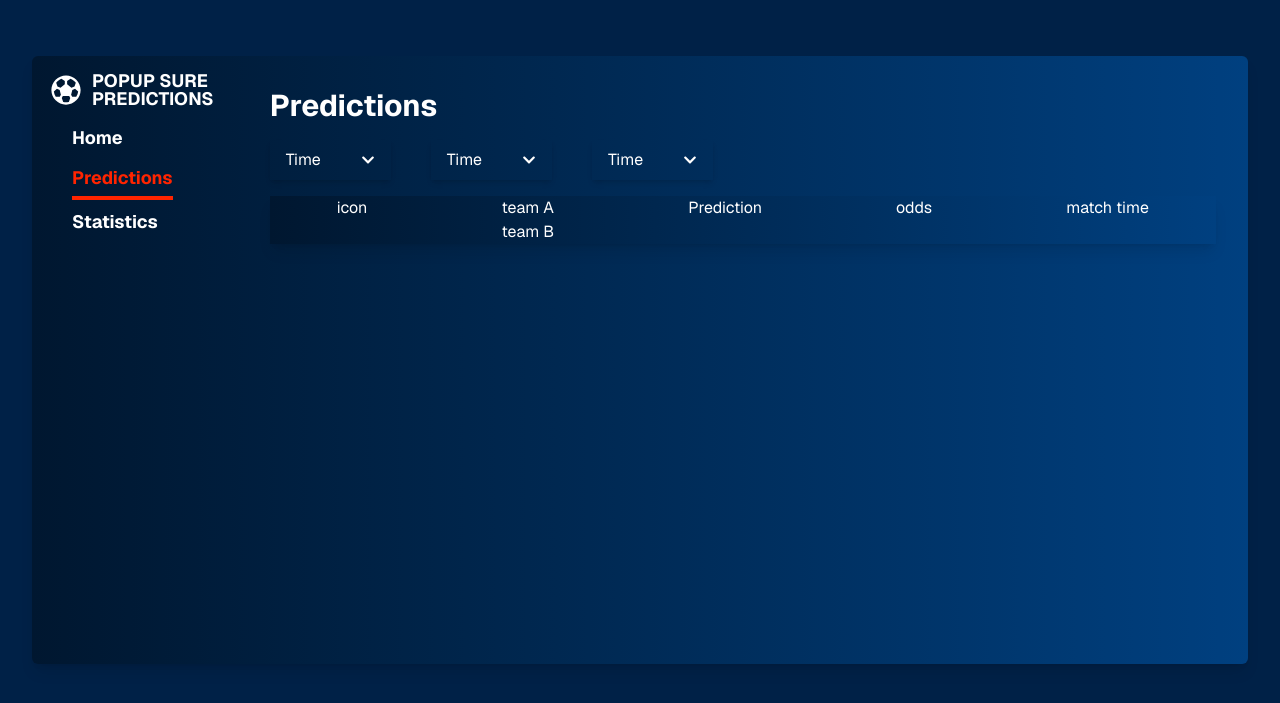
Repository: prototypedave/AlgoFooty
Page: /predictions (app in frontend/algo-footy/)
These files come from the project's save history. The page is drawn as it stood at one moment and after the next save; the edit follows.
The browser window is 1280 px wide. The pictures show the whole page.
The project was rebuilt for these pictures with package versions that can differ from the ones it lists, and the page was loaded fresh each time. The framework's server and built-in components were replaced by stand-ins that run in the browser. Also part of the build but not shown: frontend/algo-footy/next.config.ts.

Above is the page before, as saved 2025-11-03 08:01:27.

### frontend/algo-footy/app/predictions/page.tsx
"use client";

import Link from "next/link";
import { IoMdFootball } from "react-icons/io";
import { usePathname } from "next/navigation";
import DropdownButton from "@/components/dropdown";

export default function Predictions() {
    const pathname = usePathname();
    return (
        <div className="relative flex flex-col min-h-screen items-center justify-center bg-oxford-blue font-sans">
            <nav className="absolute inset-x-0 top-0 bottom-0 bg-gradient-to-r from-[#001730] to-[#004080] text-white max-h-full rounded-md mx-8 my-14 shadow-lg flex gap-10 p-4">
                <div className="flex flex-col">
                    <div className="flex gap-2">
                        <IoMdFootball className="text-4xl"/>
                        <p className="text-lg font-bold leading-none">
                            <span className="block">POPUP SURE </span>
                            <span className="block">PREDICTIONS</span>
                        </p>
                    </div>
                    <div className="flex flex-col items-start gap-2 pt-4 pl-6 font-bold text-lg text-white">
                        <Link
                            href="/home"
                            className={`pb-1 ${
                            pathname === "/home"
                                ? "border-b-4 border-black font-bold"
                                : "border-b-0"
                            }`}
                        >
                            Home
                        </Link>
                        <Link href="/predictions"
                            className={`inline-block pb-1 ${
                                pathname === "/predictions"? "border-b-4 border-orange-red font-bold text-orange-red" : "border-b-0 border-orange-red"
                            }`}>Predictions</Link>
                        <Link href={"/statistics"}>Statistics</Link>
                    </div>
                </div>
                <div className="flex flex-col p-4 gap-4 w-full">
                    <h1 className="text-3xl font-bold">Predictions</h1>
                    <div className="flex gap-10 w-full">
                            <DropdownButton />
                            <DropdownButton />
                            <DropdownButton />
                    </div>
                    <div className="flex w-full">
                        <ol className="w-full">
                            <li className="flex bg-gradient-to-r from-[#001730] to-[#004080] w-full shadow-lg justify-around">
                                <p>icon</p>
                                <div>
                                    <p>team A</p>
                                    <p>team B</p>
                                </div>
                                <p>Prediction</p>
                                <div>odds</div>
                                <div>match time</div>
                            </li>
                        </ol>
                    </div>
                </div>
            </nav>
        </div>
    );
}

### frontend/algo-footy/app/globals.css
@import "tailwindcss";

:root {
  --background: #ffffff;
  --foreground: #171717;
}

@theme inline {
  --color-background: var(--background);
  --color-foreground: var(--foreground);
  --font-sans: var(--font-geist-sans);
  --font-mono: var(--font-geist-mono);
}

@theme {
  --color-oxford-blue: #002147;
  --color-orange-red: #FF2400;
}

@media (prefers-color-scheme: dark) {
  :root {
    --background: #0a0a0a;
    --foreground: #ededed;
  }
}

body {
  background: var(--background);
  color: var(--foreground);
  font-family: Arial, Helvetica, sans-serif;
}

### frontend/algo-footy/components/dropdown.tsx
"use client";
import { useState } from "react";
import { FaChevronDown, FaChevronUp } from "react-icons/fa";

export default function DropdownButton() {
  const [open, setOpen] = useState(false);

  return (
    <div className="relative inline-block text-left">
      {/* Button */}
      <button
        onClick={() => setOpen(!open)}
        className="flex items-center justify-between gap-10 text-white-500 px-4 py-2 shadow-md hover:text-orange-red transition"
      >
        Time
        {open ? (
          <FaChevronUp className="text-sm" />
        ) : (
          <FaChevronDown className="text-sm" />
        )}
      </button>

      {/* Dropdown Menu */}
      {open && (
        <div className="absolute right-0 mt-2 w-48 shadow-lg">
          <ul className="py-1">
            <li>
              <a
                href="#profile"
                className="block px-4 py-2 text-white-300 hover:bg-orange-red"
              >
                Next 1hr
              </a>
            </li>
            <li>
              <a
                href="#settings"
                className="block px-4 py-2 text-white-200 hover:bg-orange-red"
              >
                Next 3hrs
              </a>
            </li>
            <li>
              <a
                href="#logout"
                className="block px-4 py-2 text-white-300 hover:bg-orange-red"
              >
                Next 6hrs
              </a>
            </li>
          </ul>
        </div>
      )}
    </div>
  );
}

Loaded but not shown: frontend/algo-footy/app/layout.tsx (common file)

After the next save:
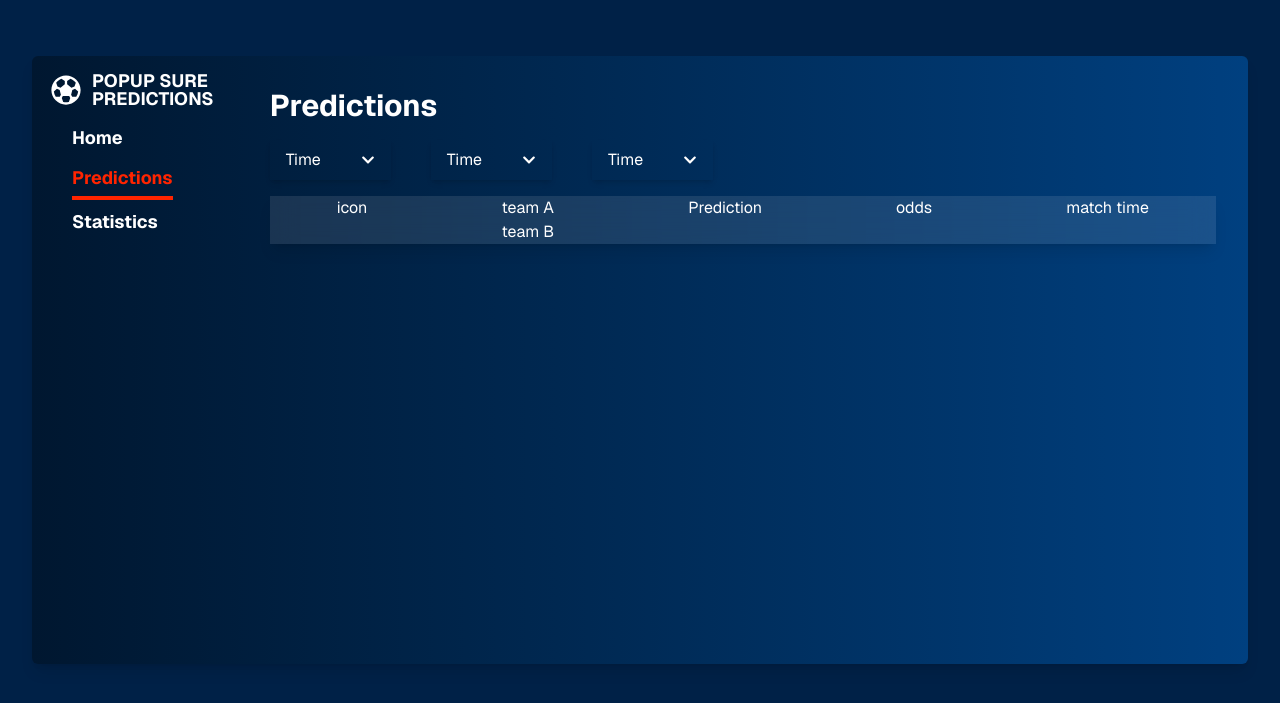
Saved 104 s later.
--- a/frontend/algo-footy/app/predictions/page.tsx
+++ b/frontend/algo-footy/app/predictions/page.tsx
@@ -45,7 +45,7 @@ export default function Predictions() {
                     </div>
                     <div className="flex w-full">
                         <ol className="w-full">
-                            <li className="flex bg-gradient-to-r from-[#001730] to-[#004080] w-full shadow-lg justify-around">
+                            <li className="flex bg-white/10 backdrop-blur-md w-full shadow-lg justify-around">
                                 <p>icon</p>
                                 <div>
                                     <p>team A</p>
